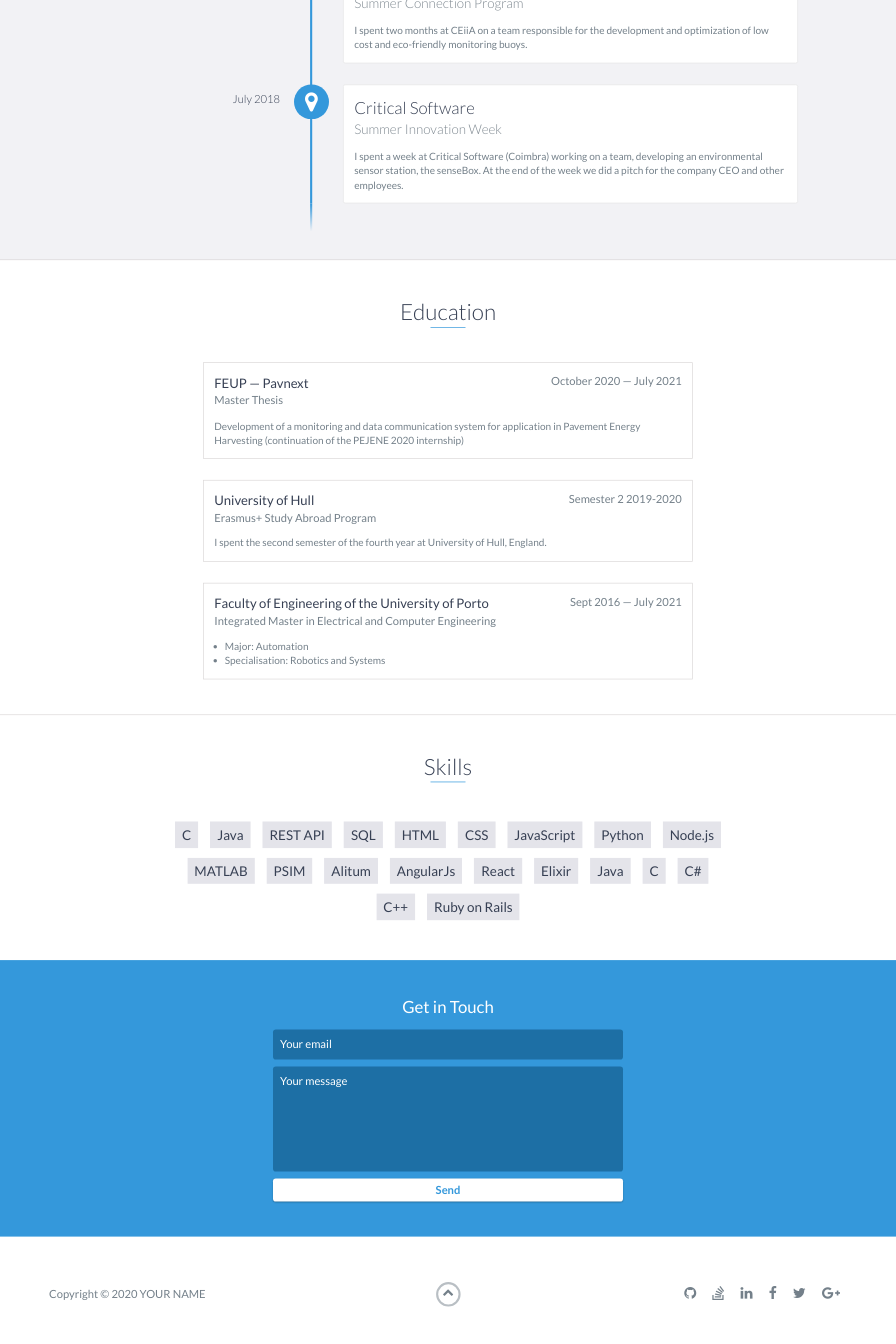
Repository: josegneto/josegneto.github.io
Page: index.html
An editor plug-in stored every save of this project. The page is shown before and after the next save, followed by the edit.
The browser window is 1280 px wide. The pictures show the part of the page from y = 1431 to 3351 px (the page is 3351 px tall before and 3300 px after), at 70% of full size.

Above is the page before, as saved 2021-11-30 11:40:37.

### index.html
<!DOCTYPE html>
<html class="no-js" lang="en">

<head>
    <meta charset="utf-8">
    <meta http-equiv="X-UA-Compatible" content="IE=edge">
    <meta name="viewport" content="width=device-width, initial-scale=1">
    <title>My Portfolio</title>
    <link rel="shortcut icon" href="favicon.ico" type="image/x-icon">
    <link rel="icon" href="favicon.ico" type="image/x-icon">
    <link href="https://fonts.googleapis.com/css?family=Lato:300,400,700,900" rel="stylesheet">
    <link rel="stylesheet" href="libs/font-awesome/css/font-awesome.min.css">
    <link href="css/bootstrap.min.css" rel="stylesheet">
    <link href="css/styles.css" rel="stylesheet">
</head>

<body>
    <div id="mobile-menu-open" class="shadow-large">
        <i class="fa fa-bars" aria-hidden="true"></i>
    </div>
    <!-- End #mobile-menu-toggle -->
    <header>
        <div id="mobile-menu-close">
            <span>Close</span> <i class="fa fa-times" aria-hidden="true"></i>
        </div>
        <ul id="menu" class="shadow">
            <li>
                <a href="#about">About</a>
            </li>
            <li>
                <a href="#experience">Experience</a>
            </li>
            <li>
                <a href="#education">Education</a>
            </li>
            <li>
                <a href="#projects">Projects</a>
            </li>
            <li>
                <a href="#skills">Skills</a>
            </li>
            <li>
                <a href="#contact">Contact</a>
            </li>
        </ul>
    </header>
    <!-- End header -->

    <div id="lead">
        <div id="lead-content">
            <h1>José Neto</h1>
            <h2>Electrical Engineer</h2>
            <a href="extra/CV_JoseNeto.pdf" class="btn-rounded-white" target="_blank">Download Resume</a>
        </div>
        <!-- End #lead-content -->

        <div id="lead-overlay"></div>

        <div id="lead-down">
            <span>
                <i class="fa fa-chevron-down" aria-hidden="true"></i>
            </span>
        </div>
        <!-- End #lead-down -->
    </div>
    <!-- End #lead -->

    <div id="about">
        <div class="container">
            <div class="row">
                <div class="col-md-4">
                    <h2 class="heading">About Me</h2>
                </div>
                <div class="col-md-8">
                    <h2>Areas of interest</h2>
                    <ul>
                        <li>Robotics</li>
                        <li>Embedded Systems</li>
                        <li>Internet of Things</li>
                        <li>Intelligent Transport Systems</li>
                    </ul>
                </div>
            </div>
        </div>
    </div>
    <!-- End #about -->

    <div id="experience" class="background-alt">
        <h2 class="heading">Experience</h2>
        <div id="experience-timeline">
            <div data-date="July &mdash; September 2020">
                <h3>Pavnext</h3>
                <h4>PEJENE 2020</h4>
                <p>
                    I was part of a team developing a smart-city structure capable of acquiring data from a
                    multi-slave->master system, which will be then presented on a Web interface. </p>
            </div>

            <div data-date="July &mdash; August 2019">
                <h3>CEiiA</h3>
                <h4>Summer Connection Program</h4>
                <p>
                    I spent two months at CEiiA on a team responsible for the development and optimization of low cost
                    and eco-friendly monitoring buoys. </p>
            </div>

            <div data-date="July 2018">
                <h3>Critical Software</h3>
                <h4>Summer Innovation Week</h4>
                <p>
                    I spent a week at Critical Software (Coimbra) working on a team, developing an environmental sensor
                    station, the senseBox. At the end of the week we did a pitch for the company CEO and other
                    employees. </p>
            </div>
        </div>
    </div>
    <!-- End #experience -->

    <div id="education">
        <h2 class="heading">Education</h2>
        <div class="education-block">
            <h3>FEUP &mdash; Pavnext</h3>
            <span class="education-date">October 2020 &mdash; July 2021</span>
            <h4>Master Thesis</h4>
            <p>
                Development of a monitoring and data communication system for application in Pavement Energy Harvesting
                (continuation of the PEJENE 2020 internship)
            </p>
        </div>
        <div class="education-block">
            <h3>University of Hull</h3>
            <span class="education-date">Semester 2 2019-2020</span>
            <h4>Erasmus+ Study Abroad Program</h4>
            <p>
                I spent the second semester of the fourth year at University of Hull,
                England.
            </p>
        </div>
        <div class="education-block">
            <h3>Faculty of Engineering of the University of Porto</h3>
            <span class="education-date">Sept 2016 &mdash; July 2021</span>
            <h4>Integrated Master in Electrical and Computer Engineering</h4>
            <ul>
                <li>
                    Major: Automation
                </li>
                <li>
                    Specialisation: Robotics and Systems
                </li>
            </ul>
        </div>
        <!-- End .education-block -->
    </div>
    <!-- End #education -->

<!--     <div id="projects" class="background-alt">
        <h2 class="heading">Projects</h2>
        <div class="container">
            <div class="row">
                <div class="project shadow-large">
                    <div class="project-image">
                        <img src="images/project.jpg" />
                    </div>
                     End .project-image
                    <div class="project-info">
                        <h3>Project Name Here</h3>
                        <p>
                            Lorem ipsum dolor sit amet, consectetur adipiscing elit. Curabitur in iaculis ex. Etiam
                            volutpat laoreet urna. Morbi ut tortor nec nulla commodo malesuada sit amet vel lacus. Fusce
                            eget efficitur libero. Morbi dapibus porta quam laoreet placerat.
                        </p>
                        <a href="#">View Project</a>
                    </div>
                     End .project-info
                </div>
                 End .project

                <div class="project shadow-large">
                    <div class="project-image">
                        <img src="images/project.jpg" />
                    </div>
                     End .project-image
                    <div class="project-info">
                        <h3>Project Name Here</h3>
                        <p>
                            Lorem ipsum dolor sit amet, consectetur adipiscing elit. Curabitur in iaculis ex. Etiam
                            volutpat laoreet urna. Morbi ut tortor nec nulla commodo malesuada sit amet vel lacus. Fusce
                            eget efficitur libero. Morbi dapibus porta quam laoreet placerat.
                        </p>
                        <a href="#">View Project</a>
                    </div>
                    End .project-info
                </div>
                 End .project
            </div>
        </div>
    </div> -->
    <!-- End #projects -->

    <div id="skills">
        <h2 class="heading">Skills</h2>
        <ul>
            <li>C</li>
            <li>Java</li>
            <li>REST API</li>
            <li>SQL</li>
            <li>HTML</li>
            <li>CSS</li>
            <li>JavaScript</li>
            <li>Python</li>
            <li>Node.js</li>

            <li>MATLAB</li>
            <li>PSIM</li>
            <li>Alitum</li>
            <li>AngularJs</li>
            <li>React</li>
            <li>Elixir</li>
            <li>Java</li>
            <li>C</li>
            <li>C#</li>
            <li>C++</li>
            <li>Ruby on Rails</li>
        </ul>
    </div>
    <!-- End #skills -->

    <div id="contact">
        <h2>Get in Touch</h2>
        <div id="contact-form">
            <form method="POST" action="https://formspree.io/email@email.com">
                <input type="hidden" name="_subject" value="Contact request from personal website" />
                <input type="email" name="_replyto" placeholder="Your email" required>
                <textarea name="message" placeholder="Your message" required></textarea>
                <button type="submit">Send</button>
            </form>
        </div>
        <!-- End #contact-form -->
    </div>
    <!-- End #contact -->

    <footer>
        <div class="container">
            <div class="row">
                <div class="col-sm-5 copyright">
                    <p>
                        Copyright &copy; 2020 YOUR NAME
                    </p>
                </div>
                <div class="col-sm-2 top">
                    <span id="to-top">
                        <i class="fa fa-chevron-up" aria-hidden="true"></i>
                    </span>
                </div>
                <div class="col-sm-5 social">
                    <ul>
                        <li>
                            <a href="https://github.com/" target="_blank"><i class="fa fa-github"
                                    aria-hidden="true"></i></a>
                        </li>
                        <li>
                            <a href="https://stackoverflow.com/" target="_blank"><i class="fa fa-stack-overflow"
                                    aria-hidden="true"></i></a>
                        </li>
                        <li>
                            <a href="https://linkedin.com/" target="_blank"><i class="fa fa-linkedin"
                                    aria-hidden="true"></i></a>
                        </li>
                        <li>
                            <a href="https://www.facebook.com/" target="_blank"><i class="fa fa-facebook"
                                    aria-hidden="true"></i></a>
                        </li>
                        <li>
                            <a href="https://twitter.com/" target="_blank"><i class="fa fa-twitter"
                                    aria-hidden="true"></i></a>
                        </li>
                        <li>
                            <a href="https://plus.google.com/" target="_blank"><i class="fa fa-google-plus"
                                    aria-hidden="true"></i></a>
                        </li>
                    </ul>
                </div>
            </div>
        </div>
    </footer>
    <!-- End footer -->

    <script src="https://ajax.googleapis.com/ajax/libs/jquery/1.12.4/jquery.min.js"></script>
    <script src="js/scripts.min.js"></script>
</body>

</html>

### css/styles.css
/*!
Title: Dev Portfolio Template
Version: 1.2.2
Last Change: 03/25/2020
Author: Ryan Fitzgerald
Repo: https://github.com/RyanFitzgerald/devportfolio-template
Issues: https://github.com/RyanFitzgerald/devportfolio-template/issues

Description: This file contains all the styles associated with the page
that don't come from third party libraries. This file gets compiled using
Gulp and send to the /css folder which is then loaded on the page.
*/
body {
	font-family: 'Lato', sans-serif;
	font-size: 16px
}

body.active {
	overflow: hidden;
	z-index: -1
}

.no-js #experience-timeline>div {
	background: #fff;
	padding: 10px;
	margin-bottom: 10px;
	border: 1px solid #dcd9d9
}

.no-js #experience-timeline>div h3 {
	font-size: 1.5em;
	font-weight: 300;
	color: #374054;
	display: inline-block;
	margin: 0
}

.no-js #experience-timeline>div h4 {
	font-size: 1.2em;
	font-weight: 300;
	color: #7e8890;
	margin: 0 0 15px 0
}

.no-js #experience-timeline>div p {
	color: #74808a;
	font-size: 0.9em;
	margin: 0
}

.no-js #experience-timeline:before,
.no-js #experience-timeline:after {
	content: none
}

@keyframes dropHeader {
	0% {
		transform: translateY(-100%)
	}
	100% {
		transform: translateY(0)
	}
}

header {
	position: absolute;
	top: 0;
	left: 0;
	right: 0;
	text-align: center;
	z-index: 10;
	animation-name: dropHeader;
	animation-iteration-count: 1;
	animation-timing-function: ease;
	animation-duration: 0.75s
}

header ul {
	display: inline-block;
	background: #fff;
	text-align: center;
	padding: 10px;
	margin: 0;
	border-bottom-right-radius: 4px;
	border-bottom-left-radius: 4px
}

header li {
	display: inline-block
}

header a {
	display: block;
	color: #3498db;
	padding: 10px
}

header a:hover {
	color: #217dbb;
	text-decoration: none;
	background: #eee;
	border-radius: 4px
}

header a:focus {
	color: #3498db;
	text-decoration: none
}

header.active {
	display: block
}

header.sticky {
	position: fixed;
	z-index: 999
}

#menu.active {
	display: block
}

#mobile-menu-open {
	display: none;
	cursor: pointer;
	position: fixed;
	right: 15px;
	top: 10px;
	color: #3498db;
	font-size: 1.5em;
	z-index: 20;
	padding: 0 7px;
	border-radius: 4px;
	background: #fff
}

#mobile-menu-close {
	display: none;
	text-align: right;
	width: 100%;
	background: #fff;
	font-size: 1.5em;
	padding-right: 15px;
	padding-top: 10px;
	cursor: pointer;
	color: #3498db
}

#mobile-menu-close span {
	font-size: 0.5em;
	text-transform: uppercase
}

#mobile-menu-close i {
	vertical-align: middle
}

footer {
	padding: 50px 0
}

.copyright {
	padding-top: 20px
}

.copyright p {
	margin: 0;
	color: #74808a
}

.top {
	text-align: center
}

.top span {
	cursor: pointer;
	display: block;
	margin: 15px auto 0 auto;
	width: 35px;
	height: 35px;
	border-radius: 50%;
	border: 3px solid #b9bfc4;
	text-align: center
}

.top i {
	color: #74808a
}

.social {
	text-align: right
}

.social ul {
	margin: 5px 0 0 0;
	padding: 0
}

.social li {
	display: inline-block;
	font-size: 1.25em;
	list-style: none
}

.social a {
	display: block;
	color: #74808a;
	padding: 10px
}

.social a:hover {
	color: #3498db
}

.btn-rounded-white {
	display: inline-block;
	color: #fff;
	padding: 15px 25px;
	border: 3px solid #fff;
	border-radius: 30px;
	transition: .5s ease all
}

.btn-rounded-white:hover {
	color: #3498db;
	background: #fff;
	text-decoration: none
}

.shadow {
	box-shadow: 0 1px 3px rgba(0, 0, 0, 0.12), 0 1px 2px rgba(0, 0, 0, 0.24)
}

.shadow-large {
	box-shadow: 0 3px 6px rgba(0, 0, 0, 0.08), 0 3px 6px rgba(0, 0, 0, 0.15)
}

.heading {
	position: relative;
	display: inline-block;
	font-size: 2em;
	font-weight: 300;
	margin: 0 0 30px 0
}

.heading:after {
	position: absolute;
	content: '';
	top: 100%;
	height: 1px;
	width: 50px;
	left: 0;
	right: 0;
	margin: 0 auto;
	background: #3498db
}

.background-alt {
	background: #f2f2f5
}

#lead {
	position: relative;
	height: 100vh;
	min-height: 500px;
	max-height: 1080px;
	background: url(../images/lead-bg.jpg);
	background-size: cover;
	padding: 15px;
	overflow: hidden
}

#lead-content {
	position: absolute;
	z-index: 10;
	top: 50%;
	left: 50%;
	transform: translate(-50%, -50%);
	text-align: center
}

#lead-content h1,
#lead-content h2 {
	margin: 0
}

#lead-content h1 {
	color: #fff;
	font-weight: 900;
	font-size: 5em;
	text-transform: uppercase;
	letter-spacing: 0.05em;
	line-height: 0.9em
}

#lead-content h2 {
	color: #a0cfee;
	font-weight: 500;
	font-size: 2.25em;
	margin-bottom: 15px
}

#lead-overlay {
	position: absolute;
	height: 100%;
	width: 100%;
	top: 0;
	right: 0;
	bottom: 0;
	left: 0;
	background: rgba(33, 125, 187, 0.8);
	z-index: 1
}

#lead-down {
	position: absolute;
	left: 0;
	right: 0;
	width: 100%;
	text-align: center;
	z-index: 10;
	bottom: 15px;
	color: #fff
}

#lead-down span {
	cursor: pointer;
	display: block;
	margin: 0 auto;
	width: 35px;
	height: 35px;
	border-radius: 50%;
	border: 3px solid #a0cfee;
	text-align: center
}

#lead-down i {
	animation: pulsate 1.5s ease;
	animation-iteration-count: infinite;
	padding-top: 5px
}

@keyframes pulsate {
	0% {
		transform: scale(1, 1)
	}
	50% {
		transform: scale(1.2, 1.2)
	}
	100% {
		transform: scale(1, 1)
	}
}

#about {
	padding: 75px 15px;
	border-bottom: 1px solid #dcd9d9
}

#about h2 {
	color: #374054
}

#about p, #about ul, #about li {
	color: #74808a;
	margin: 0
}

#experience {
	padding: 50px 15px;
	text-align: center;
	border-bottom: 1px solid #dcd9d9
}

#experience h2 {
	color: #374054
}

#experience-timeline {
	margin: 30px auto 0 auto;
	position: relative;
	max-width: 1000px
}

#experience-timeline:before {
	position: absolute;
	content: '';
	top: 0;
	bottom: 0;
	left: 303px;
	right: auto;
	height: 100%;
	width: 3px;
	background: #3498db;
	z-index: 0
}

#experience-timeline:after {
	position: absolute;
	content: '';
	width: 3px;
	height: 40px;
	background: #3498db;
	background: linear-gradient(to bottom, #3498db, rgba(52, 152, 219, 0));
	top: 100%;
	left: 303px
}

.vtimeline-content {
	margin-left: 350px;
	background: #fff;
	border: 1px solid #e6e6e6;
	padding: 15px;
	border-radius: 3px;
	text-align: left
}

.vtimeline-content h3 {
	font-size: 1.5em;
	font-weight: 300;
	color: #374054;
	display: inline-block;
	margin: 0
}

.vtimeline-content h4 {
	font-size: 1.2em;
	font-weight: 300;
	color: #7e8890;
	margin: 0 0 15px 0
}

.vtimeline-content p {
	color: #74808a;
	font-size: 0.9em;
	margin: 0
}

.vtimeline-point {
	position: relative;
	display: block;
	vertical-align: top;
	margin-bottom: 30px
}

.vtimeline-icon {
	position: relative;
	color: #fff;
	width: 50px;
	height: 50px;
	background: #3498db;
	border-radius: 50%;
	float: left;
	z-index: 99;
	margin-left: 280px
}

.vtimeline-icon i {
	display: block;
	font-size: 2em;
	margin-top: 10px
}

.vtimeline-date {
	width: 260px;
	text-align: right;
	position: absolute;
	left: 0;
	top: 10px;
	font-weight: 300;
	color: #374054
}

#education {
	padding: 50px 15px 20px 15px;
	border-bottom: 1px solid #dcd9d9;
	text-align: center
}

#education h2 {
	color: #374054;
	margin-bottom: 50px
}

.education-block {
	max-width: 700px;
	margin: 0 auto 30px auto;
	padding: 15px;
	border: 1px solid #dcd9d9;
	text-align: left
}

.education-block h3 {
	font-weight: 500;
	float: left;
	margin: 0;
	color: #374054
}

.education-block span {
	color: #74808a;
	float: right
}

.education-block h4 {
	color: #74808a;
	clear: both;
	font-weight: 500;
	margin: 0 0 15px 0
}

.education-block p,
.education-block ul {
	margin: 0;
	color: #74808a;
	font-size: 0.9em
}

.education-block ul {
	padding: 0 0 0 15px
}

#projects {
	padding: 50px 15px;
	border-bottom: 1px solid #dcd9d9;
	text-align: center
}

#projects h2 {
	color: #374054;
	margin-bottom: 50px
}

.project {
	position: relative;
	max-width: 900px;
	margin: 0 auto 30px auto;
	overflow: hidden;
	background: #fff;
	border-radius: 4px
}

.project-image {
	float: left
}

.project-info {
	position: absolute;
	top: 50%;
	transform: translateY(-50%);
	margin-left: 300px;
	padding: 15px
}

.project-info h3 {
	font-size: 1.5em;
	font-weight: 300;
	color: #374054;
	margin: 0 0 15px 0
}

.project-info p {
	color: #74808a;
	margin: 0 0 15px 0;
	font-size: 0.9em
}

.no-image .project-info {
	position: relative;
	margin: 0;
	padding: 30px 15px;
	transform: none
}

#more-projects {
	display: none
}

#skills {
	padding: 50px 15px;
	text-align: center
}

#skills h2 {
	color: #374054;
	margin-bottom: 50px
}

#skills ul {
	display: block;
	margin: 0 auto;
	padding: 0;
	max-width: 800px
}

#skills li {
	display: inline-block;
	margin: 7px;
	padding: 5px 10px;
	color: #374054;
	background: #e4e4ea;
	list-style: none;
	cursor: default;
	font-size: 1.2em
}

#contact {
	padding: 50px 15px;
	background: #3498db;
	text-align: center
}

#contact h2 {
	margin: 0 0 15px 0;
	color: #fff;
	font-weight: 500
}

#contact-form {
	max-width: 500px;
	margin: 0 auto
}

#contact-form input,
#contact-form textarea {
	display: block;
	width: 100%;
	padding: 10px;
	border-radius: 4px;
	border: none;
	margin-bottom: 10px;
	background: #1d6fa5;
	color: #fff;
	transition: .5s ease all
}

#contact-form input::-webkit-input-placeholder,
#contact-form textarea::-webkit-input-placeholder {
	color: #fff
}

#contact-form input:-moz-placeholder,
#contact-form textarea:-moz-placeholder {
	color: #fff;
	opacity: 1
}

#contact-form input::-moz-placeholder,
#contact-form textarea::-moz-placeholder {
	color: #fff;
	opacity: 1
}

#contact-form input:-ms-input-placeholder,
#contact-form textarea:-ms-input-placeholder {
	color: #fff
}

#contact-form input:focus,
#contact-form textarea:focus {
	outline: none;
	background: #16527a
}

#contact-form textarea {
	height: 150px;
	resize: none
}

#contact-form button {
	display: block;
	width: 100%;
	background: #fff;
	border-radius: 4px;
	padding: 5px 10px;
	border: none;
	color: #3498db;
	font-weight: 700;
	box-shadow: 0 1px 3px rgba(0, 0, 0, 0.12), 0 1px 2px rgba(0, 0, 0, 0.24);
	transition: .5s ease all
}

#contact-form button:hover {
	box-shadow: 0 10px 20px rgba(0, 0, 0, 0.19), 0 6px 6px rgba(0, 0, 0, 0.23)
}

.optional-section {
	padding: 50px 15px;
	text-align: center;
	border-top: 1px solid #dcd9d9
}

.optional-section h2 {
	color: #374054
}

.optional-section-block {
	max-width: 700px;
	margin: 0 auto 30px auto;
	padding: 15px;
	border: 1px solid #dcd9d9;
	background: #fff;
	text-align: left
}

.optional-section-block h3 {
	font-weight: 500;
	margin: 0 0 15px 0;
	color: #374054
}

.optional-section-block h4 {
	color: #74808a;
	clear: both;
	font-weight: 500;
	margin: 0 0 15px 0
}

.optional-section-block p,
.optional-section-block ul {
	margin: 0 0 15px 0;
	color: #74808a;
	font-size: 0.9em
}

.optional-section-block ul {
	padding: 0 0 0 15px
}

@media only screen and (max-width: 750px) {
	#experience-timeline:before,
	#experience-timeline:after {
		left: 23px
	}
	.vtimeline-date {
		width: auto;
		text-align: left;
		position: relative;
		margin-bottom: 15px;
		display: block;
		margin-left: 70px
	}
	.vtimeline-icon {
		margin-left: 0
	}
	.vtimeline-content {
		margin-left: 70px
	}
}

@media only screen and (max-width: 992px) {
	#lead {
		height: auto;
		min-height: auto;
		max-height: auto;
		padding: 100px 15px
	}
	#lead-content {
		position: relative;
		transform: none;
		left: auto;
		top: auto
	}
	#lead-content h1 {
		font-size: 3em
	}
	#lead-content h2 {
		font-size: 1.75em
	}
	#about {
		text-align: center
	}
	#about p {
		text-align: left
	}
}

@media only screen and (max-width: 768px) {
	header {
		position: fixed;
		display: none;
		z-index: 999;
		animation: none;
		bottom: 0;
		height: 100%
	}
	#mobile-menu-open,
	#mobile-menu-close {
		display: block
	}
	#menu {
		height: 100%;
		overflow-y: auto;
		box-shadow: none;
		border-radius: 0;
		width: 100%
	}
	#menu li {
		display: block;
		margin-bottom: 10px
	}
	#lead-content h1 {
		font-size: 2em
	}
	#lead-content h2 {
		font-size: 1.3em
	}
	#lead-content a {
		padding: 10px 20px
	}
	#lead-down {
		display: none
	}
	.education-block h3,
	.education-block span {
		float: none
	}
	.project-image {
		display: none
	}
	.project-info {
		position: relative;
		margin: 0;
		padding: 30px 15px;
		top: auto;
		transform: none
	}
	footer {
		text-align: center
	}
	.social {
		text-align: center
	}
}

@media only screen and (max-width: 480px) {
	#lead-content h1 {
		font-size: 1.5em
	}
	#lead-content h2 {
		font-size: 1em
	}
	#lead-content a {
		font-size: 0.9em;
		padding: 5px 10px
	}
}

Loaded but not shown: libs/font-awesome/css/font-awesome.min.css (library); css/bootstrap.min.css (library); js/scripts.min.js (common file)

After the next save:
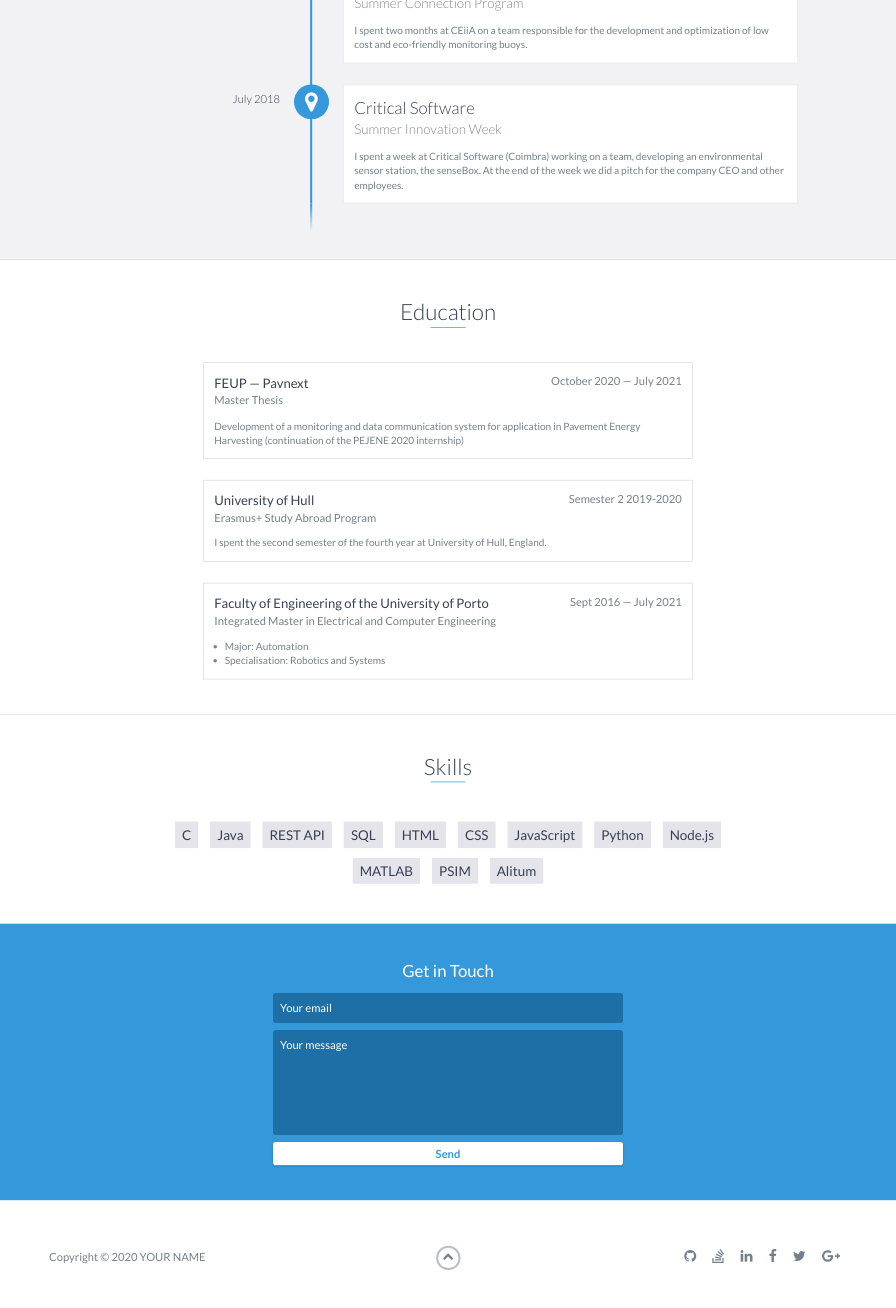
Saved 5 s later.
--- a/index.html
+++ b/index.html
@@ -209,18 +209,10 @@
             <li>JavaScript</li>
             <li>Python</li>
             <li>Node.js</li>
-
             <li>MATLAB</li>
             <li>PSIM</li>
             <li>Alitum</li>
-            <li>AngularJs</li>
-            <li>React</li>
-            <li>Elixir</li>
-            <li>Java</li>
-            <li>C</li>
-            <li>C#</li>
-            <li>C++</li>
-            <li>Ruby on Rails</li>
+
         </ul>
     </div>
     <!-- End #skills -->
